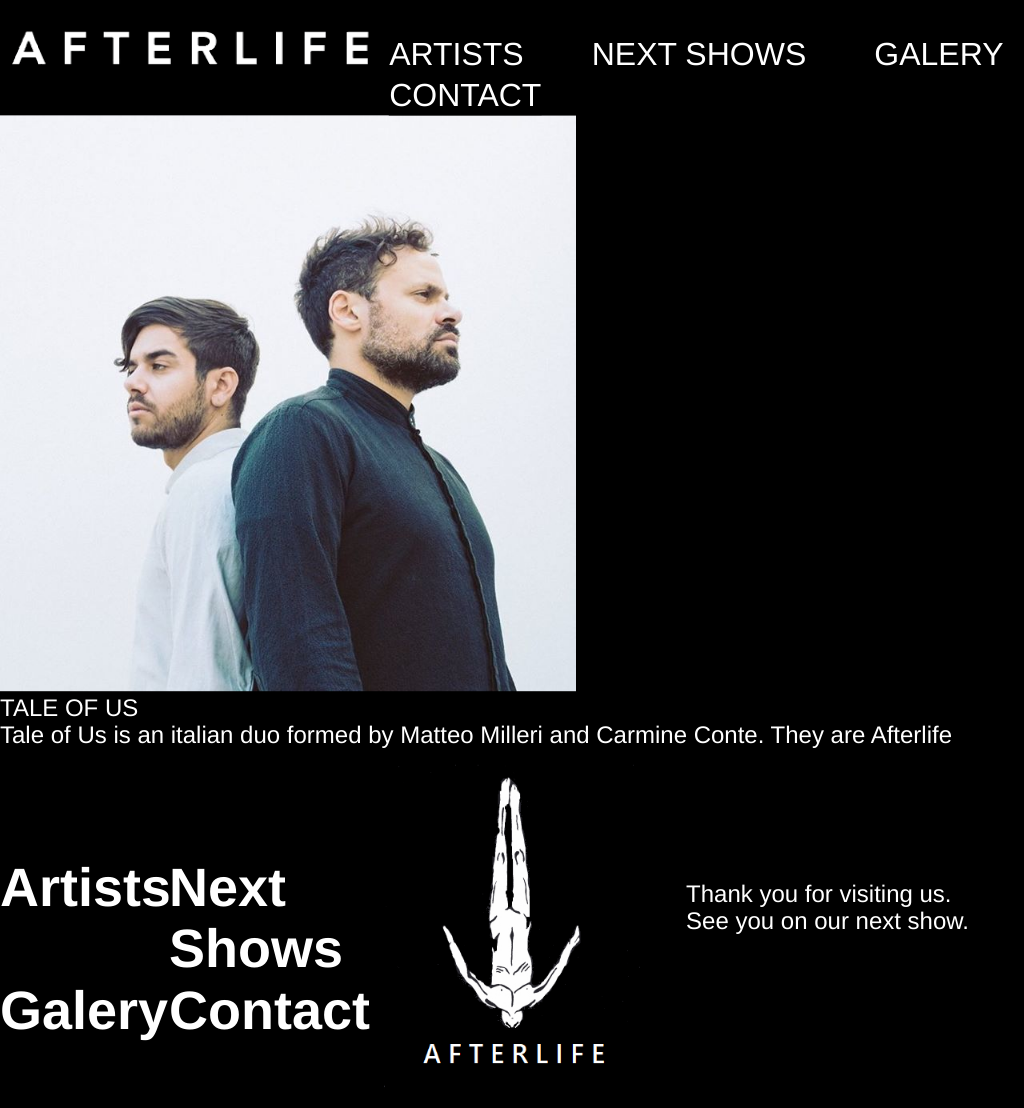
Repository: francoG98/Afterlife-Coderhouse-pre-entrega-2
Page: views/artists.html
These files come from the project's save history. The page is drawn as it stood at one moment and after the next save; the edit follows.
The browser window is 1280 px wide. The pictures show the whole page, at 80% of full size.

Above is the page before, as saved 2023-04-29 16:10:29.

### views/artists.html
<!DOCTYPE html>
<html lang="en">
<head>
    <meta charset="UTF-8">
    <meta http-equiv="X-UA-Compatible" content="IE=edge">
    <meta name="viewport" content="width=device-width, initial-scale=1.0">
    <link rel="stylesheet" href="../css/style.css">
    <link rel="stylesheet" href="../css/artists-main.css">
    <title>ARTISTS</title>
</head>
<body>
    <header>
        <div>
            <a href="../index.html"> <img class="logo" src="../source/logo.png" href="logo"> </a>
        </div>

        <nav class="navbar-header">
            <ul>
                <li>
                    <a class="element-navbar-top" href="artists.html"> ARTISTS </a>
                </li>
                <li>
                    <a class="element-navbar-top" href="nextShows.html"> NEXT SHOWS </a>
                </li>
                <li>
                    <a class="element-navbar-top" href="galery.html"> GALERY </a>
                </li>
                <li>
                    <a class="element-navbar-top" href="contact.html"> CONTACT </a>
                </li>
            </ul>
        </nav>
    </header>
    <main>
        <div class="artist">
            <img src="../source/artist_photos/tale_of_us.png" href="tale_of_us">
            <p class="artist_name">TALE OF US</p>
            <p>Tale of Us is an italian duo formed by Matteo Milleri and Carmine Conte. They are Afterlife</p>
        </div>
    </main>
    <footer class="container-footer">
        <div class="navbar-footer">
            <ul>
                <li class="li-footer">
                    <h2><a href="artists.html"> Artists </a></h2>
                </li>
                <li class="li-footer">
                    <h2> <a href="nextShows.html"> Next Shows </a></h2>
                </li>
                <li class="li-footer">
                    <h2> <a href="galery.html"> Galery </a></h2>
                </li>
                <li class="li-footer">
                    <h2><a href="contact.html"> Contact </a></h2>
                </li>
            </ul>
        </div>

        <div class="logo-footer">
            <a href="../index.html"><img src="../source/afterlife_logo_footer.png" href="afterlife_logo_footer"></a>
        </div>
        <div class="p-footer">
            <p> Thank you for visiting us.</p>
            <p> See you on our next show. </p>
        </div>
    </footer>
</body>
</html>

### css/style.css
*{
    background-color: #000000;
    margin: 0px;
    padding: 0px;
    font-family: "proxima-nova","Helvetica Neue",Helvetica,Arial,sans-serif;

}

ul{
    display: flex;
    flex-wrap: wrap;
    justify-content: space-between;
    list-style-type: none;
    font-size: 45px;
    margin-top: 30px;
    vertical-align: center;
}


a{
    text-decoration: none;
    color: white;
    font: bold;

}
p{
    color: white;
    font-size: 30px;
    text-align: justify;
}
header{
    max-width: 100vw;
    margin-top: 10px;
    display: flex;
    flex-wrap: wrap;
    justify-content: space-between;
    position: relative;
}
footer{
    display: flex;
    flex-wrap: wrap;
    flex-direction: row;
    justify-content: space-between;
    margin-top: 20px;
}
.logo{
    margin-left: 2vh;
    position: absolute;
    margin-top: 4vh;
    width: 35%;
}
.navbar-header{
    margin-right: 2vw;
    width: 60vw;
    text-align: right;
    justify-content: space-between;

}
.element-navbar-top{
    font-size: 40px;
}
.navbar-footer{
    width: 33%;
    display: flex;
    flex-wrap: wrap;
    justify-content:center;
    align-items: center;
}
.afterlife_logo_footer{
    width: 33%;
    justify-content: left;
}
.p-footer{
    margin-top: 20vh;
    width: 33%;

}
.li-footer{

    width: 50%;
    justify-content: center;
    align-items: center
}

Loaded but not shown: css/artists-main.css (no stored copy; drawn as an empty file)

After the next save:
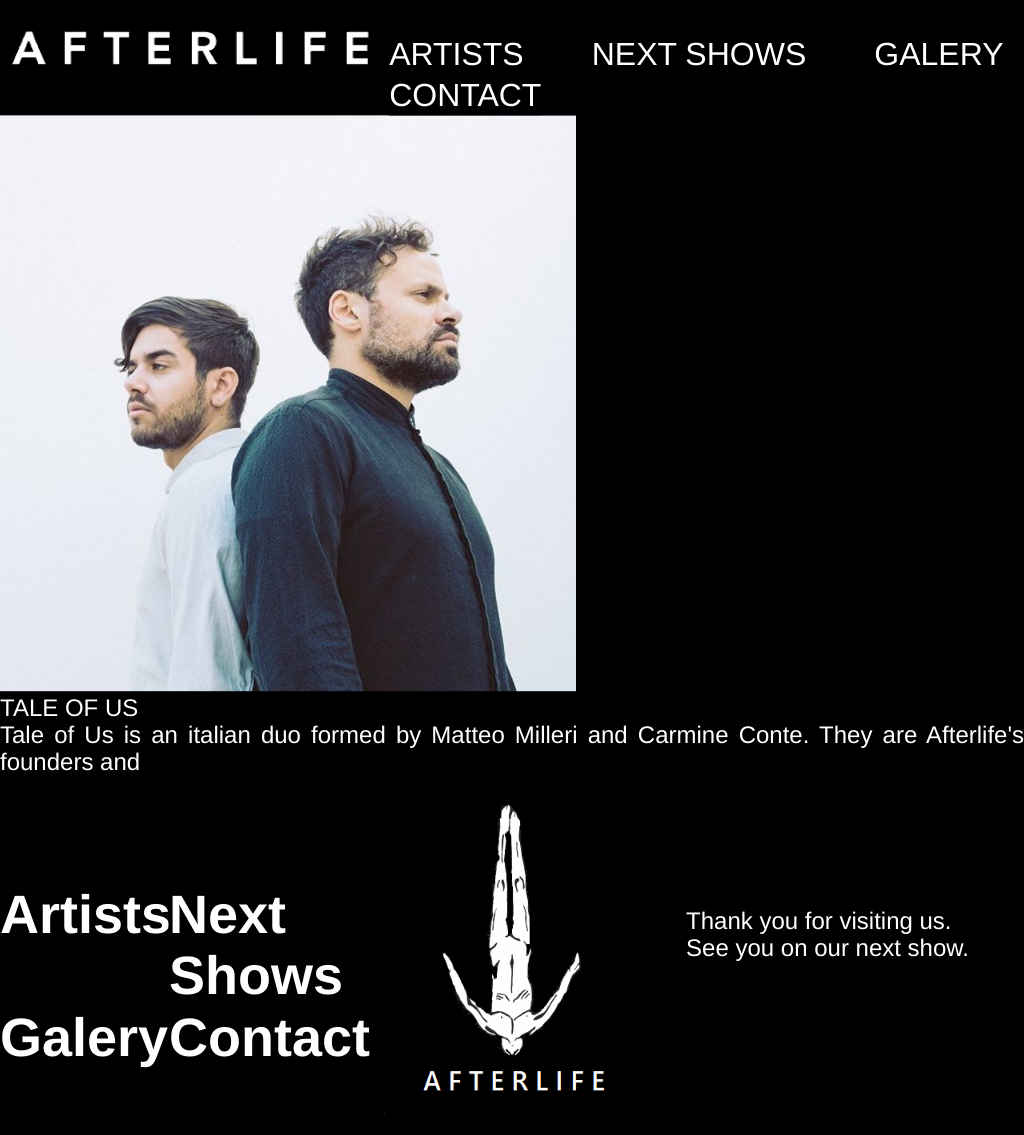
Saved 6 s later.
--- a/views/artists.html
+++ b/views/artists.html
@@ -35,7 +35,7 @@
         <div class="artist">
             <img src="../source/artist_photos/tale_of_us.png" href="tale_of_us">
             <p class="artist_name">TALE OF US</p>
-            <p>Tale of Us is an italian duo formed by Matteo Milleri and Carmine Conte. They are Afterlife</p>
+            <p>Tale of Us is an italian duo formed by Matteo Milleri and Carmine Conte. They are Afterlife's founders and </p>
         </div>
     </main>
     <footer class="container-footer">
